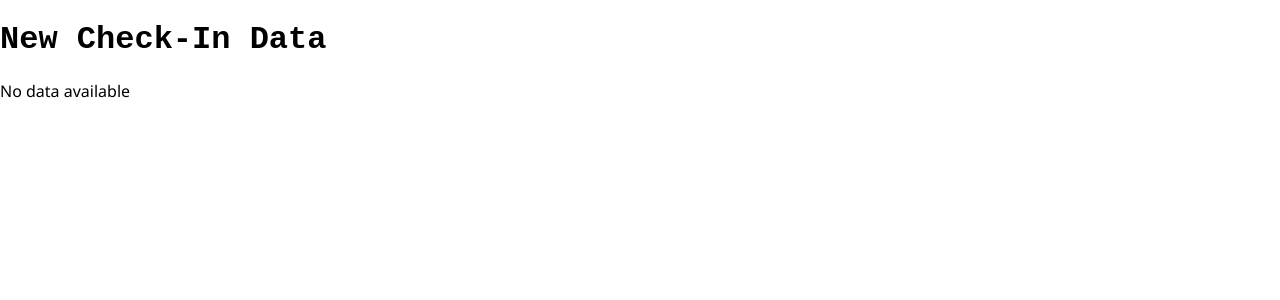
Repository: kaizoku010/mirrorscreenapp
Page: /validate
These files come from the project's save history. The page is drawn as it stood at one moment and after a run of saves; the edit follows.
The browser window is 1280 px wide. The pictures show the whole page.
The project was rebuilt for these pictures with package versions that can differ from the ones it lists, and the page was loaded fresh each time. Also part of the build but not shown: src/App.js, src/atoms/printMe.css, src/temps/TicketTemplate.js, src/atoms/PrintMe.js, src/operations/firebase.js, src/atoms/homeAtom.css, src/atoms/HomeAtom.js, src/Sections/Home.js.

Above is the page before, as saved 2024-06-18 03:56:15.

After the next 2 saves:
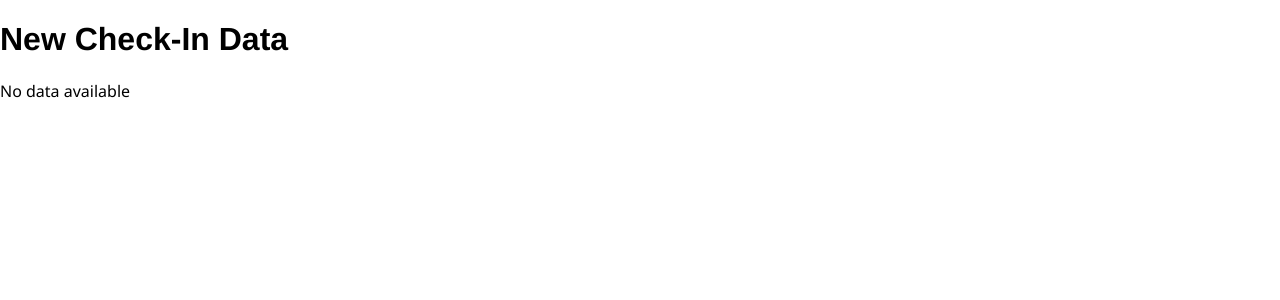
The 2 saves are shown as one change because they came seconds apart.
The last was saved 8 s later.
--- a/src/atoms/valuser.css
+++ b/src/atoms/valuser.css
@@ -11,5 +11,5 @@
 }
 
 .new-data-header{
-    font-family: 'Courier New', Courier, monospace;
+    font-family: 'Franklin Gothic Medium', 'Arial Narrow', Arial, sans-serif;
 }
